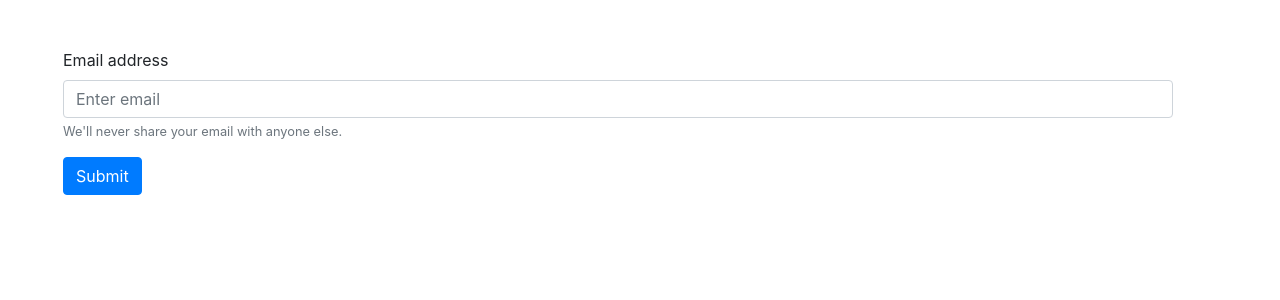
Repository: parvaizsajad/SpringFrameWork
Page: http://localhost/com.spring.mvc/form
These files come from the project's save history. The page is drawn as it stood at one moment and after the next save; the edit follows.
The browser window is 1280 px wide. The pictures show the whole page.
Some web libraries are served in a nearby version. The page is served by Tomcat 9.

Above is the page before, as saved 2021-09-09 17:14:03.

After the next save:
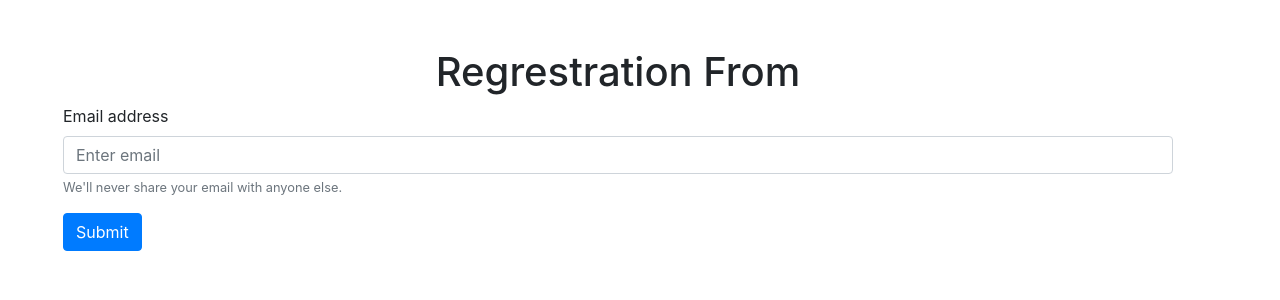
Saved 4 min 54 s later.
--- a/com.spring.mvc/src/main/webapp/WEB-INF/views/form.jsp
+++ b/com.spring.mvc/src/main/webapp/WEB-INF/views/form.jsp
@@ -16,6 +16,7 @@
    <!-- form -->
 
    <form class="container m-5">
+   <h1 class="text-center" >Regrestration From</h1>
   <div class="form-group">
     <label for="exampleInputEmail1">Email address</label>
     <input type="email" class="form-control" id="exampleInputEmail1" aria-describedby="emailHelp" placeholder="Enter email">
